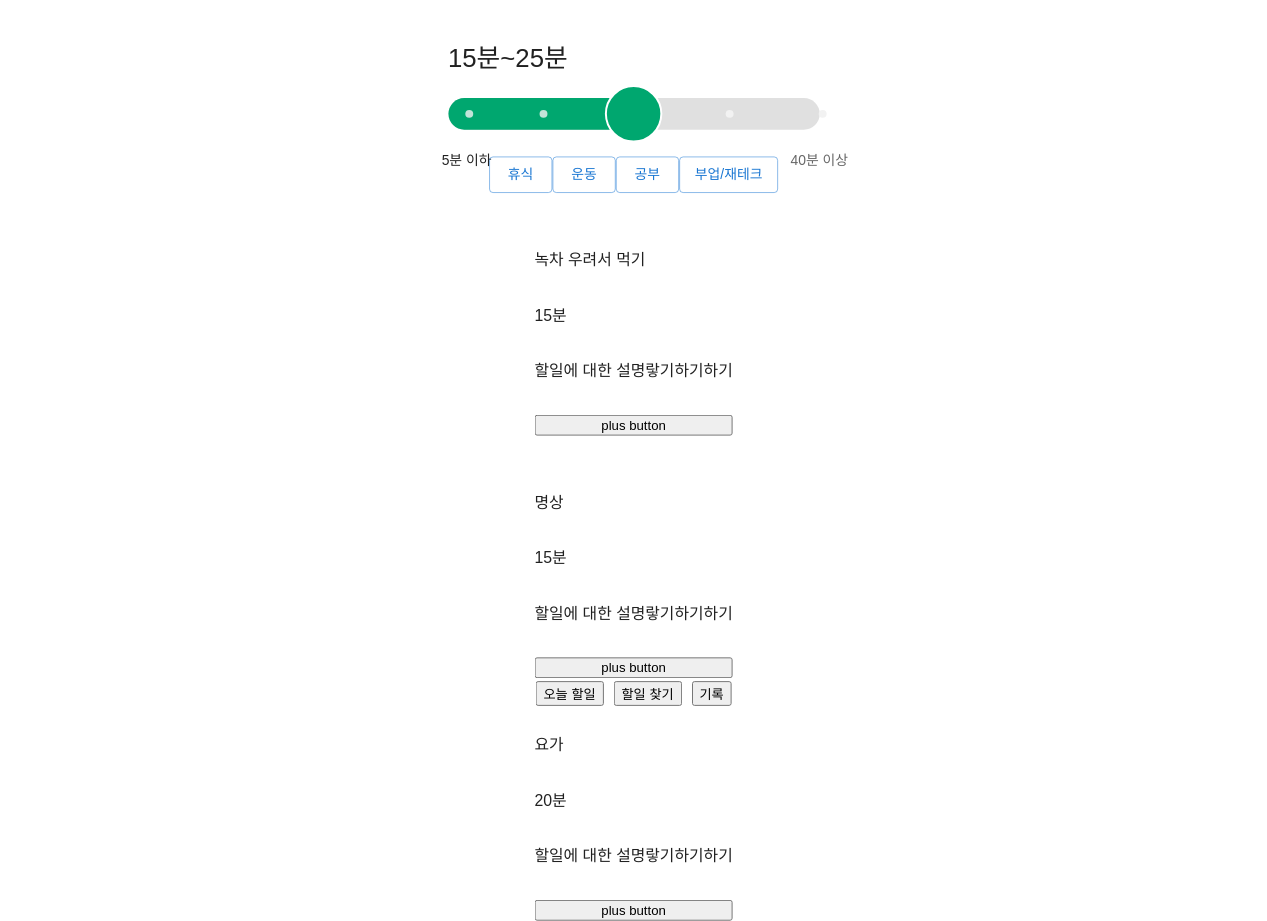
Repository: Tickley-Team/Tickley
Page: /todos/find
The author's editor kept a copy of each file at every save. The page is drawn from the files as they stood at one save, then again after the next save.
The browser window is 1280 px wide. The pictures show the whole page, at 99% of full size.
The project was rebuilt for these pictures with package versions that can differ from the ones it lists, and the page was loaded fresh each time. Also part of the build but not shown: vite.config.ts, src/stores/timeLeftStore.ts, src/components/BasicDialog.tsx, src/pages/Todos.tsx, src/components/Button.tsx, src/pages/SurveySpareTime/index.tsx, src/pages/Home.tsx, src/hooks/useOnboarding.ts and 7 more.

Above is the page before, as saved 2024-12-09 17:56:57.

After the next save:
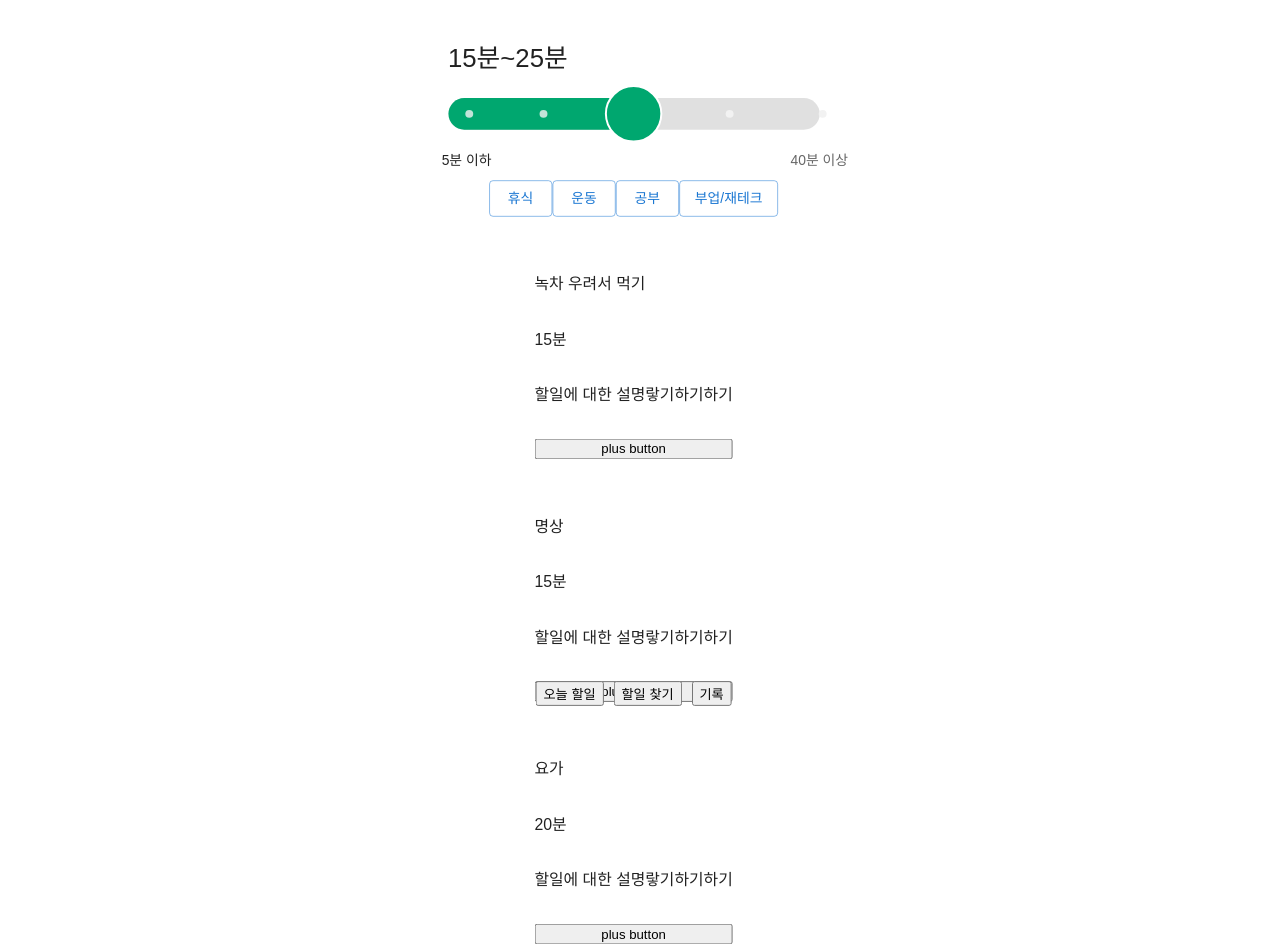
Saved 31 s later.
--- a/src/pages/TodosFind.tsx
+++ b/src/pages/TodosFind.tsx
@@ -33,7 +33,14 @@
   }
   return (
     <MobileLayout>
-      <div style={{ position: 'relative', marginTop: '40px', width: '100%' }}>
+      <div
+        style={{
+          position: 'relative',
+          marginTop: '40px',
+          width: '100%',
+          marginBottom: '24px',
+        }}
+      >
         <RangeSlider style={{ width: '100%' }} />
       </div>
       <CategoryBar categoryNames={categoryNames} onClick={setCategoryName} />
